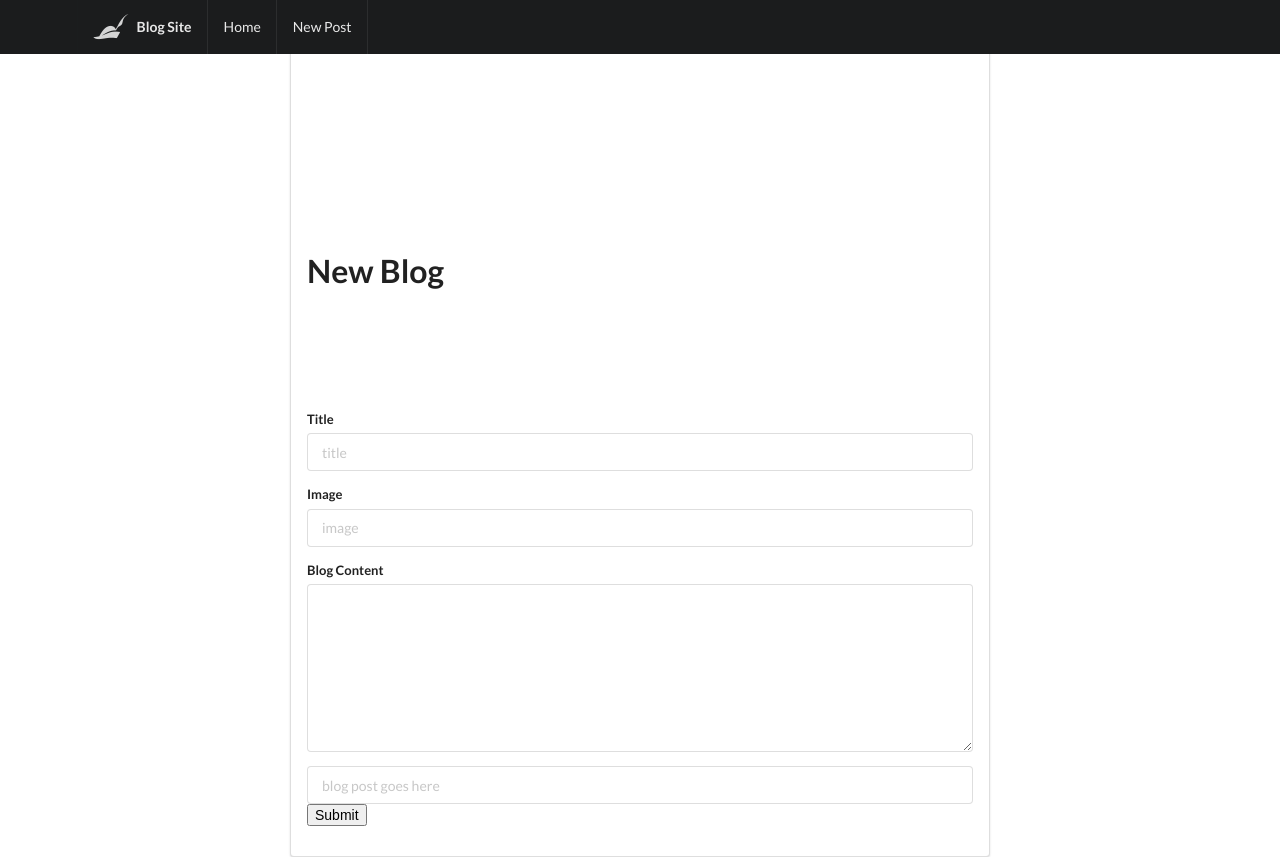
Repository: zella0/BlogApp
Page: http://localhost/blogs/new
The author's editor kept a record of every edit. The page is drawn from the files as they stood at one moment, then again after the next edit.
The browser window is 1280 px wide. The pictures show the whole page.
Some web libraries are served in a nearby version. The page is served by the project's Node server (RESTful_Routing/BlogApp/app.js).

Above is the page before.

### RESTful_Routing/BlogApp/views/new.ejs
<% include ./partials/header.ejs %>

<div class="ui main text container segment">
  <div class="ui huge header">New Blog</div>
  <form class = 'ui form' action = '/blogs' method = 'POST'>
    <div class = 'field'>
      <label>Title</label>
      <input type = 'text' name = 'blog[title]' placeholder='title'>
    </div>

     <div class = 'field'>
      <label>Image</label>
      <input type = 'text' name = 'blog[image]' placeholder='image'>
    </div>

     <div class = 'field'>
      <label>Blog Content</label>
      <textarea name = 'blog[body]'></textarea>
    </div>


    <input type = 'text' name = 'blog[body]' placeholder='blog post goes here'>
    <input type = 'submit'>
  </form>
</div>

<% include ./partials/footer.ejs %>

### RESTful_Routing/BlogApp/views/partials/header.ejs
<html>
    <head>
        <link href="https://cdnjs.cloudflare.com/ajax/libs/semantic-ui/2.2.13/semantic.min.css" rel="stylesheet" type="text/css">
        <link href="/stylesheets/style.css" rel="stylesheet" type="text/css">
        <title>Blog App</title>
    </head>
    <body>
        <div class = 'ui fixed inverted menu'>
            <div class = 'ui container'>
                <div class = 'header item'><i class = "Pied Piper icon"></i>Blog Site</div>
                <a class = 'item' href = '/'>Home</a>
                <a class = 'item' href = '/blogs/new'>New Post</a>
            </div>
        </div>

### RESTful_Routing/BlogApp/app.js
var express          = require('express');
var app              = express();
var bodyParser       = require('body-parser');
var mongoose         = require('mongoose');
var methodOverride   = require('method-override')
var expressSanitizer = require('express-sanitizer');

// APP CONFIG
mongoose.connect('mongodb://localhost/restful_blog_app', {useMongoClient: true});
app.use(express.static('public'));
app.use(bodyParser.urlencoded({extended: true}));
app.use(methodOverride('_method'));

// MONGOOSE/MODEL CONFIG
var blogSchema = new mongoose.Schema({
    title: String,
    image: String,
    body: String,
    created: {type:Date, default: Date.now}
});

var Blog = mongoose.model("Blog", blogSchema);


app.get('/', function(req, res){
    res.redirect('/blogs');
});

// INDEX ROUTE
app.get('/blogs', function(req, res){
    Blog.find(function(err, blogs){
        if(err){
            console.log(err);
            console.log("Error");
        } else {
            res.render('index.ejs', {blogs});
        }
    })
});

// NEW ROUTE
app.get('/blogs/new', function(req, res){
    res.render('new.ejs');
});

///CREATE ROUTE
app.post('/blogs', function(req, res){
    Blog.create(req.body.blog, function(err, newBlog){
        if(err){
            console.log(err);
        } else {
            res.redirect('/blogs');
        }
    })
});

app.get('/blogs/:id', function(req, res){
    Blog.findById(req.params.id, function(err, foundBlog){
        if(err){
            res.redirect('/blogs');
        } else {
            res.render('show.ejs', {foundBlog});
        }
    })
});

// EDIT ROUTE
app.get('/blogs/:id/edit', function (req, res){
    Blog.findById(req.params.id, function(err, editedBlog){
        if(err){
            res.redirect('/blogs');
        } else {
            res.render('edit.ejs', {editedBlog});
        }
    })
})

// UPDATE ROUTE  findByIAndUpdate(id, newdata, callback)
app.put('/blogs/:id', function (req, res){
    Blog.findByIdAndUpdate(req.params.id, req.body.blog, function(err, updatedBlog){
        if(err){
            res.redirect('/blogs');
        } else {
            res.redirect('/blogs/' + req.params.id);
        }
    })
})

// DELETE ROUTE
app.delete('/blogs/:id', function(req, res){
    Blog.findByIdAndRemove(req.params.id, function(err){
        if(err){
            res.redirect('blogs');
        } else {
            res.redirect('blogs');
        }
    })
})

app.listen(3000, function(){
    console.log("Server up!");
});

### RESTful_Routing/BlogApp/public/stylesheets/style.css
i.icon {
   font-size: 2em;
}

.container .ui {
    margin-top:20px;
    padding-top: 7em;
}

Loaded but not shown: RESTful_Routing/BlogApp/views/partials/footer.ejs (common file)

After the next edit:
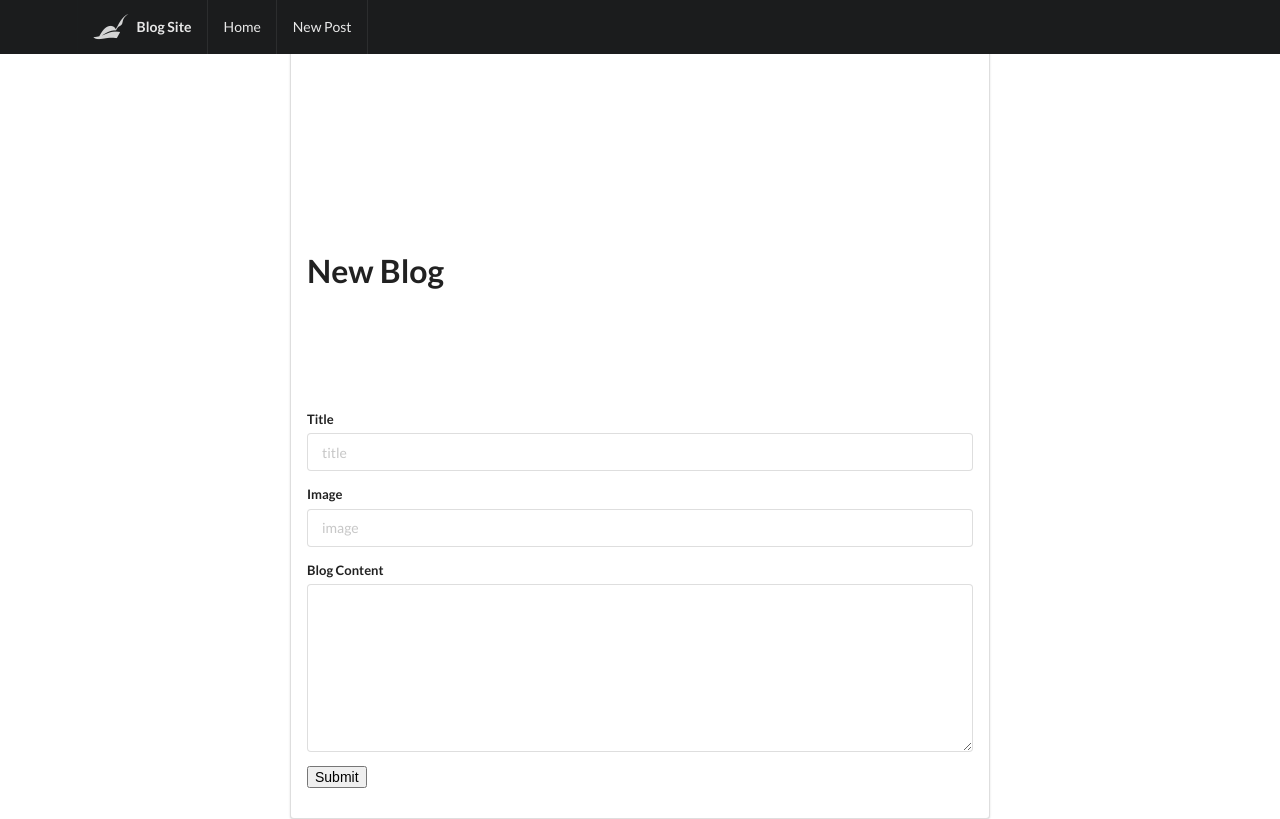
The edit:
--- a/RESTful_Routing/BlogApp/views/new.ejs
+++ b/RESTful_Routing/BlogApp/views/new.ejs
@@ -18,8 +18,6 @@
       <textarea name = 'blog[body]'></textarea>
     </div>
 
-
-    <input type = 'text' name = 'blog[body]' placeholder='blog post goes here'>
     <input type = 'submit'>
   </form>
 </div>
